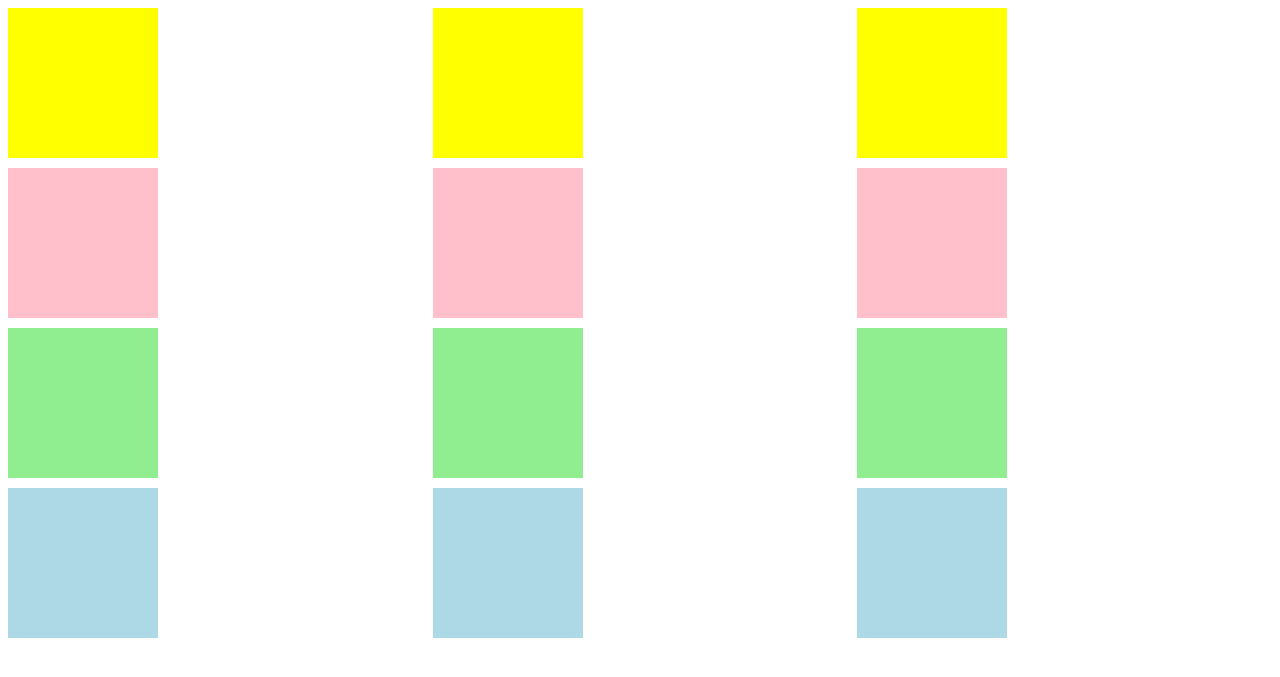
Repository: Yevhen94/nixhw
Page: fourth-lesson/index.html
These files come from the project's save history. The page is drawn as it stood at one moment and after the next save; the edit follows.
The browser window is 1280 px wide. The pictures show the whole page.

Above is the page before, as saved 2022-02-08 13:52:52.

### fourth-lesson/index.html
<!DOCTYPE html>
<html lang="en">
  <head>
    <meta charset="UTF-8" />
    <meta http-equiv="X-UA-Compatible" content="IE=edge" />
    <meta name="viewport" content="width=device-width, initial-scale=1.0" />
    <link rel="stylesheet" href="./styles/index.css" />
    <title>Flex+Grid</title>
  </head>
  <body>
    <div class="first-ex">
      <div class="block block--yellow"></div>
      <div class="block block--yellow"></div>
      <div class="block block--yellow"></div>
      <div class="block block--pink"></div>
      <div class="block block--pink"></div>
      <div class="block block--pink"></div>
      <div class="block block--green"></div>
      <div class="block block--green"></div>
      <div class="block block--green"></div>
      <div class="block block--blue"></div>
      <div class="block block--blue"></div>
      <div class="block block--blue"></div>
    </div>
  </body>
</html>

### fourth-lesson/styles/index.css
.first-ex {
  grid-template-columns: repeat(3, 1fr);
  justify-items: start;
  display: grid;
  gap: 10px;
}

.block {
  min-height: 150px;
  min-width: 150px;
}

.block--yellow {
  background-color: yellow;
}

.block--pink {
  background-color: pink;
}

.block--green {
  background-color: lightgreen;
}

.block--blue {
  background-color: lightblue;
}

After the next save:
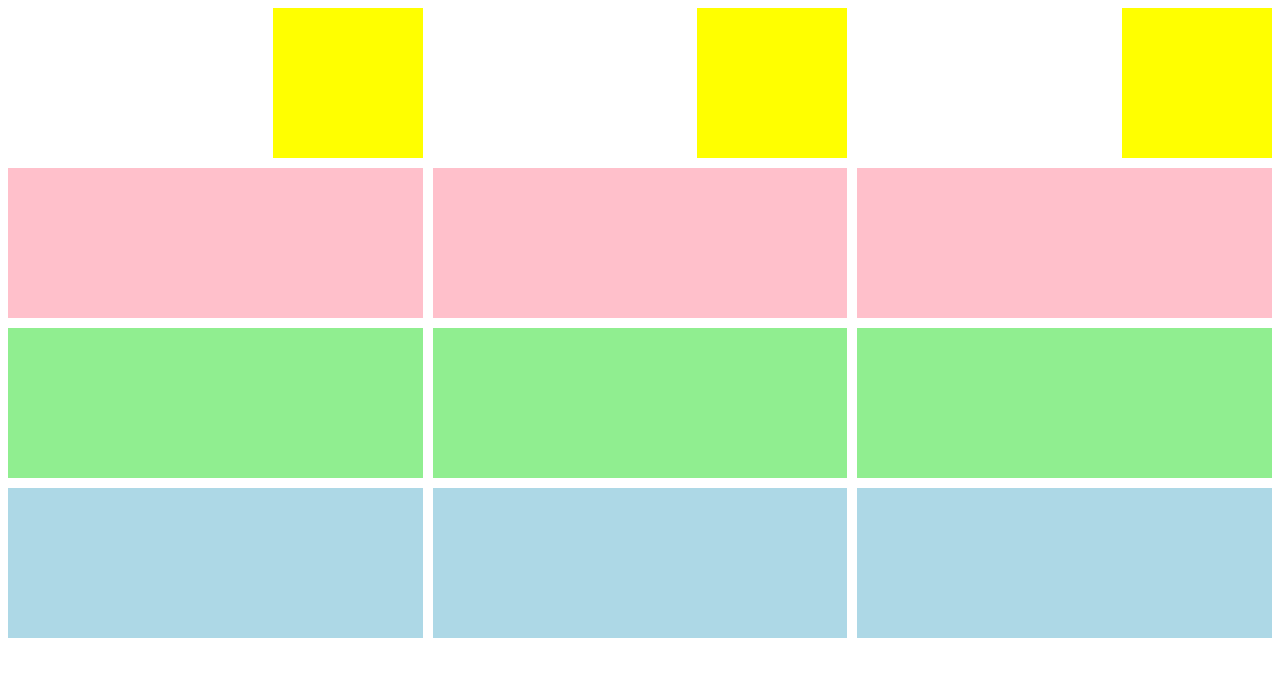
Saved 30 s later.
--- a/fourth-lesson/styles/index.css
+++ b/fourth-lesson/styles/index.css
@@ -1,6 +1,6 @@
 .first-ex {
   grid-template-columns: repeat(3, 1fr);
-  justify-items: start;
+
   display: grid;
   gap: 10px;
 }
@@ -11,6 +11,7 @@
 }
 
 .block--yellow {
+  justify-self: end;
   background-color: yellow;
 }
 
